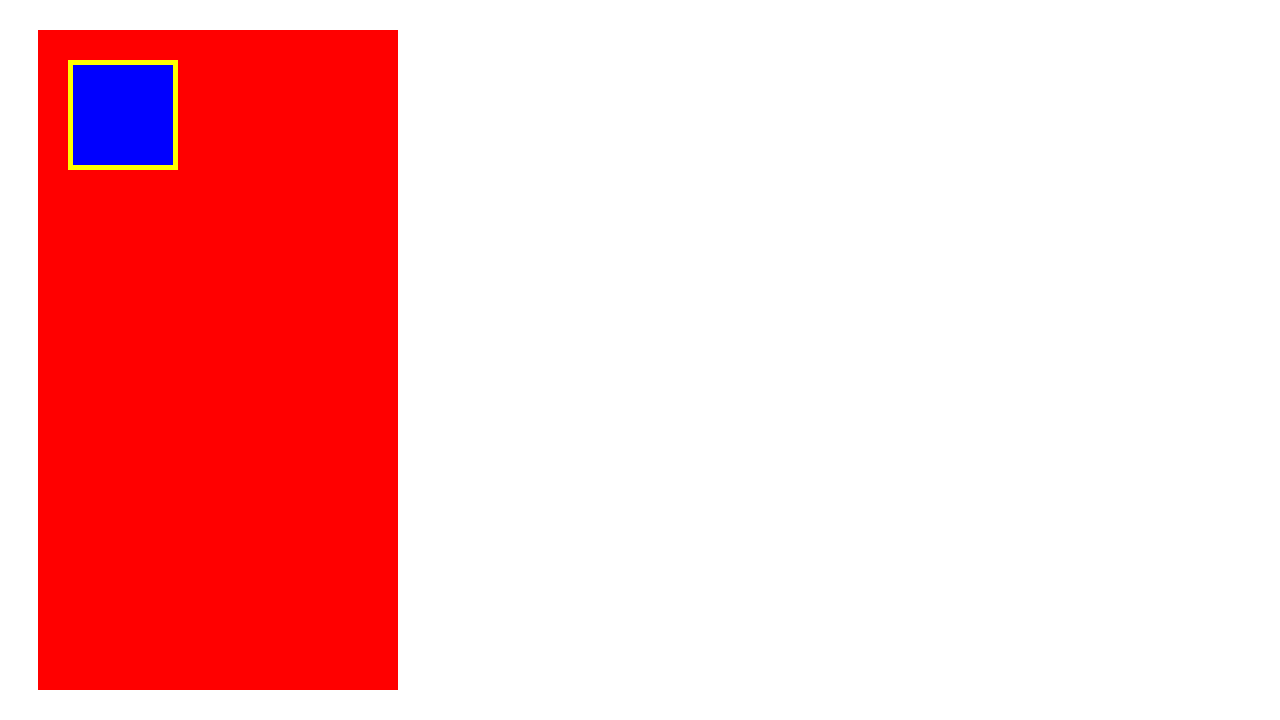
Repository: Souax/prac_20231021
Page: box/box.html
The author's editor kept a record of every edit. The page is drawn from the files as they stood at one moment, then again after the next edit.
The browser window is 1280 px wide. The pictures show the whole page.

Above is the page before.

After the next edit:
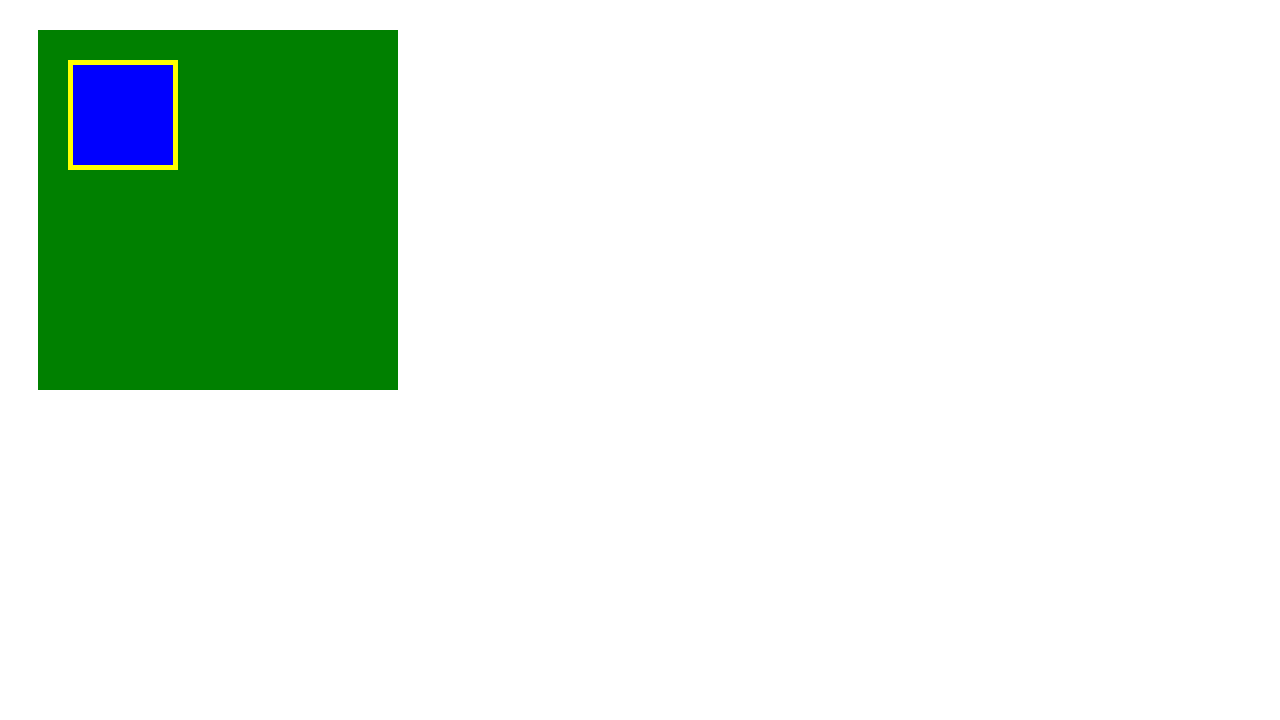
The edit:
--- a/box/box.css
+++ b/box/box.css
@@ -1,7 +1,7 @@
 .box1{
   width:300px;
-  height:600px;
-  background-color:red;
+  height:300px;
+  background-color:green;
   margin:30px;
   padding:30px;
 }
